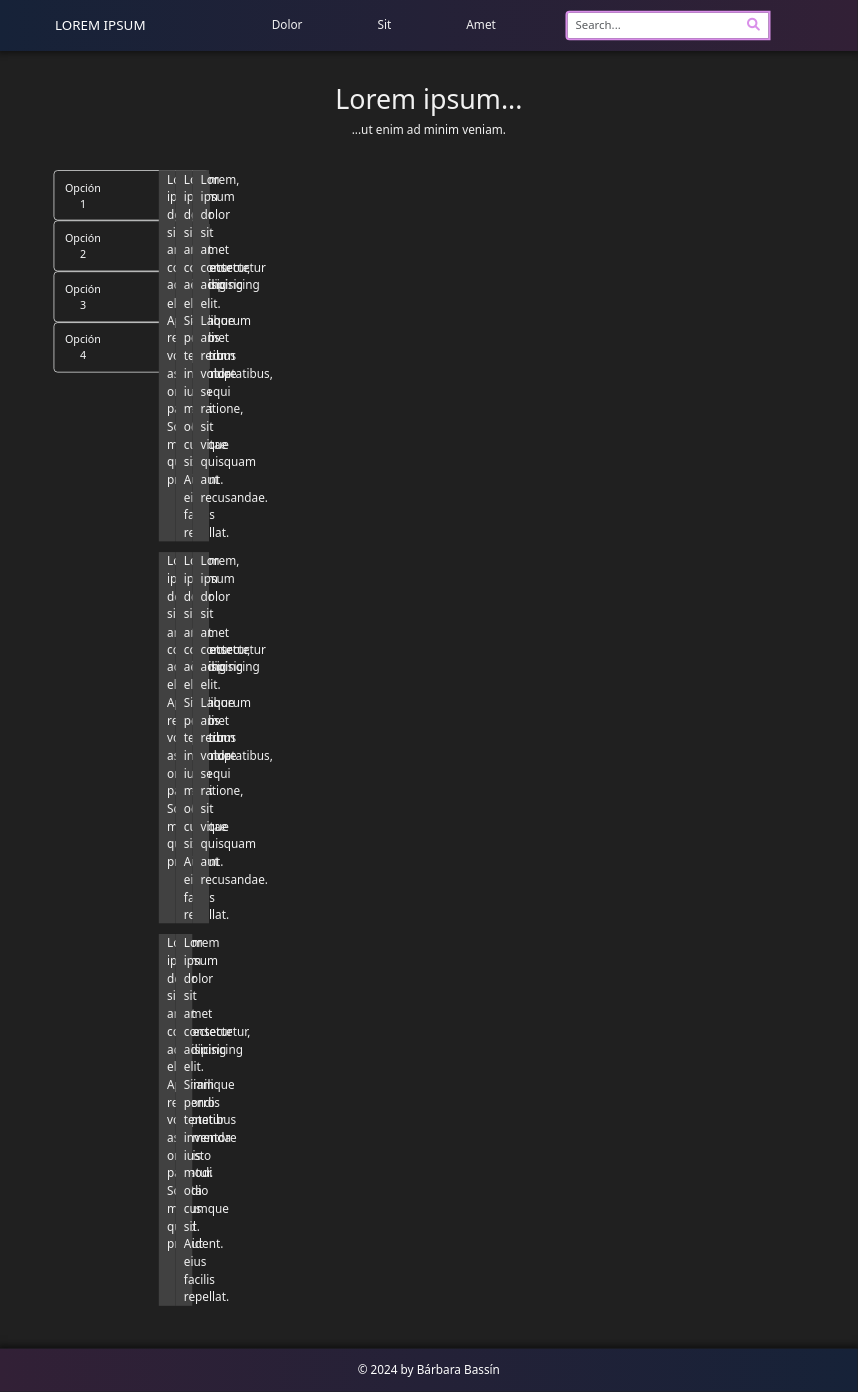
Repository: romancegirl/responsiveness
Page: index.html
An editor plug-in stored every save of this project. The page is shown before and after the next save, followed by the edit.
The browser window is 1280 px wide. The pictures show the whole page, at 67% of full size.

Above is the page before, as saved 2024-11-30 02:29:09.

### index.html
<!DOCTYPE html>
<html lang="en">

<head>
    <meta charset="UTF-8">
    <meta name="viewport" content="width=device-width, initial-scale=1.0">
    <title>Responsiveness - Bárbara Bassín</title>
    <link href="https://cdn.jsdelivr.net/npm/bootstrap@5.3.0/dist/css/bootstrap.min.css" rel="stylesheet">
    <link rel="stylesheet" href="https://cdnjs.cloudflare.com/ajax/libs/font-awesome/6.0.0-beta3/css/all.min.css">
    <link rel="stylesheet" href="css/header-and-footer.css">
    <link rel="stylesheet" href="css/styles.css">
</head>

<body>
    <!-- Header -->
    <header class="py-2">
        <div class="container d-flex align-items-center justify-content-between" id="profile">
            <h5 class="m-0">LOREM IPSUM</h5>
            <nav class="navbar navbar-expand-lg">
                <button class="navbar-toggler" type="button" data-bs-toggle="collapse" data-bs-target="#navbarNav"
                    aria-controls="navbarNav" aria-expanded="false" aria-label="Toggle navigation">
                    <i class="fas fa-bars"></i>
                </button>
                <div class="collapse navbar-collapse" id="navbarNav">
                    <ul class="navbar-nav">
                        <li class="nav-item"><a class="nav-link">Dolor</a></li>
                        <li class="nav-item"><a class="nav-link">Sit</a></li>
                        <li class="nav-item"><a class="nav-link">Amet</a></li>
                        <li class="nav-item dropdown d-lg-none">
                            <a class="nav-link dropdown-toggle" href="#" id="dropdownMenuButton" role="button"
                                data-bs-toggle="dropdown" aria-expanded="false">
                                Opciones
                            </a>
                            <ul class="dropdown-menu" aria-labelledby="dropdownMenuButton">
                                <li><button type="button" class="dropdown-item">Opción 1</button></li>
                                <li><button type="button" class="dropdown-item">Opción 2</button></li>
                                <li><button type="button" class="dropdown-item">Opción 3</button></li>
                                <li><button type="button" class="dropdown-item">Opción 4</button></li>
                            </ul>
                        </li>
                        <li class="nav-item order-first order-lg-last">
                            <div class="search-container">
                                <form action="/action_page.php">
                                    <div class="input-group">
                                        <input type="text" class="form-control" placeholder="Search..." name="search">
                                        <button type="submit" class="btn">
                                            <i class="fa fa-search"></i>
                                        </button>
                                    </div>
                                </form>
                            </div>
                        </li>
                    </ul>
                </div>
            </nav>
        </div>
    </header>



    <!-- Main -->
    <main class="containerMain my-5">
        <div>
            <h1>Lorem ipsum...</h1>
            <div id="textCarousel" class="carousel slide" data-bs-ride="carousel" data-bs-interval="2000">
                <div class="carousel-inner">
                    <div class="carousel-item active">
                        <p>...olor sit amet, consectetur adipiscing elit...</p>
                    </div>
                    <div class="carousel-item">
                        <p>...sed do eiusmod tempor incididunt ut labore...</p>
                    </div>
                    <div class="carousel-item">
                        <p>...ut enim ad minim veniam.</p>
                    </div>
                </div>
            </div>
        </div>


        <div class="containerMain inside">
            <div class="row">
                <div class="col-lg-2 d-none d-lg-block" id="options">
                    <ul>
                        <li><button type="button" class="btn btn-outline-light">Opción 1</button></li>
                        <li><button type="button" class="btn btn-outline-light">Opción 2</button></li>
                        <li><button type="button" class="btn btn-outline-light">Opción 3</button></li>
                        <li><button type="button" class="btn btn-outline-light">Opción 4</button></li>
                    </ul>
                </div>

                <div class="col-lg-1 d-none d-lg-block" id="emptiness">

                <div class="col-lg-8 col-md-12" id="paragraphs">
                    <div class="row">
                        <div class="col-6 col-md-4 paragraph">Lorem ipsum dolor sit amet consectetur adipisicing elit.
                            Aperiam reiciendis voluptatibus assumenda omnis pariatur. Soluta minus quod provident.
                        </div>
                        <div class="col-6 col-md-4 paragraph">Lorem ipsum dolor sit amet consectetur, adipisicing elit.
                            Similique porro
                            tenetur inventore iusto modi odio cumque sit. Aut eius facilis repellat.</div>
                        <div class="col-6 col-md-4 paragraph">Lorem, ipsum dolor sit amet consectetur adipisicing elit.
                            Laborum
                            amet rerum
                            voluptatibus, sequi ratione, sit vitae quisquam aut recusandae.</div>
                        <div class="col-6 col-md-4 paragraph">Lorem ipsum dolor sit amet consectetur adipisicing elit.
                            Aperiam
                            reiciendis
                            voluptatibus assumenda omnis pariatur. Soluta minus quod provident.</div>
                        <div class="col-6 col-md-4 paragraph">Lorem ipsum dolor sit amet consectetur, adipisicing elit.
                            Similique porro
                            tenetur inventore iusto modi odio cumque sit. Aut eius facilis repellat.</div>
                        <div class="col-6 col-md-4 paragraph">Lorem, ipsum dolor sit amet consectetur adipisicing elit.
                            Laborum
                            amet rerum
                            voluptatibus, sequi ratione, sit vitae quisquam aut recusandae.</div>
                        <div class="col-6 col-md-4 paragraph">Lorem ipsum dolor sit amet consectetur adipisicing elit.
                            Aperiam
                            reiciendis
                            voluptatibus assumenda omnis pariatur. Soluta minus quod provident.</div>
                        <div class="col-6 col-md-4 paragraph">Lorem ipsum dolor sit amet consectetur, adipisicing elit.
                            Similique porro
                            tenetur inventore iusto modi odio cumque sit. Aut eius facilis repellat.</div>
                    </div>
                </div>
            </div>
        </div>
    </main>

    <!-- Footer -->
    <footer class="bg-dark text-center py-2">
        <div>&copy; 2024 by Bárbara Bassín</div>
    </footer>
    <script src="js/script.js"></script>
    <script src="https://cdn.jsdelivr.net/npm/bootstrap@5.3.0/dist/js/bootstrap.bundle.min.js"></script>
</body>

</html>

### css/header-and-footer.css
header {
    background: linear-gradient(to right, #162238, #322036);
    color: #fff;
    position: relative;
    box-shadow: 0 0 10px 5px rgba(0, 0, 0, 0.5);
}

main {
    min-height: 70vh;
    padding-bottom: 1rem;
    box-sizing: border-box;
}

a.nav-link {
    color: #f1f1f1;
}

a.nav-link:hover {
    color: #f6c7de;
    transition: color 0.3s, text-shadow 0.3s;
    transform: scale(1.05);
}

.search-container {
    display: flex;
    justify-content: center;
    align-items: center;
    position: relative;
}

.input-group .form-control {
    padding-right: 2.5rem;
    font-size: 17px;
    border: 0.2rem solid #d98fe9;
}

.input-group .btn {
    position: absolute;
    right: 1rem;
    top: 50%;
    transform: translateY(-50%);
    background-color: transparent;
    border: none;
    padding: 0;
    cursor: pointer;
}

.input-group .btn .fa-search {
    color: #d98fe9;
    font-size: 1.2rem;
}

.navbar-nav .nav-item {
    margin: 0 3rem 0 3rem;
}


/* navbar-toggle */

.navbar-toggler {
    border-color: #fff;
}

.navbar-toggler .fas {
    color: #fff;
    /* Cambia el color del ícono */
}

.navbar-collapse {
    justify-content: flex-end;
}

.navbar-toggler:hover {
    cursor: pointer;
}

.navbar-toggler:focus {
    outline: none;
    box-shadow: none;
}

@media (max-width: 995px) {

    .nav-item.dropdown::marker {
        content: none;
    }


    .navbar-collapse {
        display: none;
        position: absolute;
        top: 119%;
        left: -190px;
        width: 100%;
        z-index: 999;
        flex-direction: column-reverse;
        align-items: center;
    }

    .navbar-collapse.show {
        display: flex;
    }

    .navbar {
        width: 60%;
    }

    .navbar-nav {
        background: linear-gradient(to right, #162238fd, #322036fd);
        color: #fff;
        padding: 1.5rem;
        border-radius: 0 0 50px 50px;
        font-weight: bold;
        text-align: center;
        box-shadow: 0 0 10px 5px rgba(0, 0, 0, 0.5);

    }

    .navbar-nav:hover {
        cursor: pointer;

    }

    a.nav-link:hover {
        color: #f6c7de;
        transition: color 0.3s, text-shadow 0.3s;
        transform: scale(1.05);
    }

    .navbar-nav .nav-item {
        margin: 10px 0;
    }

    .navbar a {
        float: none;
        display: block;
        text-align: center;
        width: 100%;
        margin: 0;
        padding: 0.5rem;
    }

    .navbar .search-container {
        float: none;
    }

    .navbar .search-container button {
        align-items: right;
    }

    .navbar input[type=text] {
        border-radius: 0.2rem;
        border: 0.2rem solid #d98fe9;
    }

}


@media (max-width: 768px) {

    .navbar-collapse {
        display: none;
        position: absolute;
        top: 119%;
        left: -140px;
        width: 100%;
        z-index: 999;
        flex-direction: column-reverse;
        align-items: center;
    }

    .btn-outline-light {
        width: 100%;

    }
}


footer {
    background: linear-gradient(to right, #322036, #162238);
    color: #fff;
    bottom: 0;
    min-height: 4rem;
    display: flex;
    justify-content: center;
    align-items: center;
    box-shadow: 0 0 10px 5px rgba(0, 0, 0, 0.5);
}

### css/styles.css
body {
    background-color: #202020;
    color: #f1f1f1;
    font-size: 110%;
}


h1 {
    text-align: center;
}


h5 {
    margin: 0;
}

.containerMain {
    padding: 0;
    margin: 0 1.5rem 0 1.5rem;
}

/* General */

#textCarousel {
    width: 40rem;
    margin: auto;
}

p {
    text-align: center;
}

.row {
    text-align: justify;
}

.paragraph {
margin-bottom: 1rem;
background-color: #414141;
}

.inside {
    margin-top: 2rem;
}

.btn-outline-light {
    padding: 0.8rem 10rem 0.8rem 1rem;
}

li {
    list-style: none;
}


/* Responsiveness */


@media screen and (max-width: 1400px) {

    .title-large,
    .title-x-small {
        display: none;
    }

    .title-small {
        display: block;
    }
}

@media screen and (max-width: 768px) {


    #textCarousel {
        max-width: 90%; /* Usa un tamaño relativo en lugar de fijo */
    }
}

### js/script.js
document.addEventListener('click', function(event) {
    var navbar = document.querySelector('.navbar-collapse');
    var toggler = document.querySelector('.navbar-toggler');

    // Si el menú está abierto y se hace clic fuera de él, lo cierra
    if (navbar.classList.contains('show') && !navbar.contains(event.target) && !toggler.contains(event.target)) {
        var bsCollapse = new bootstrap.Collapse(navbar, {
            toggle: false
        });
        bsCollapse.hide();
    }
});

After the next save:
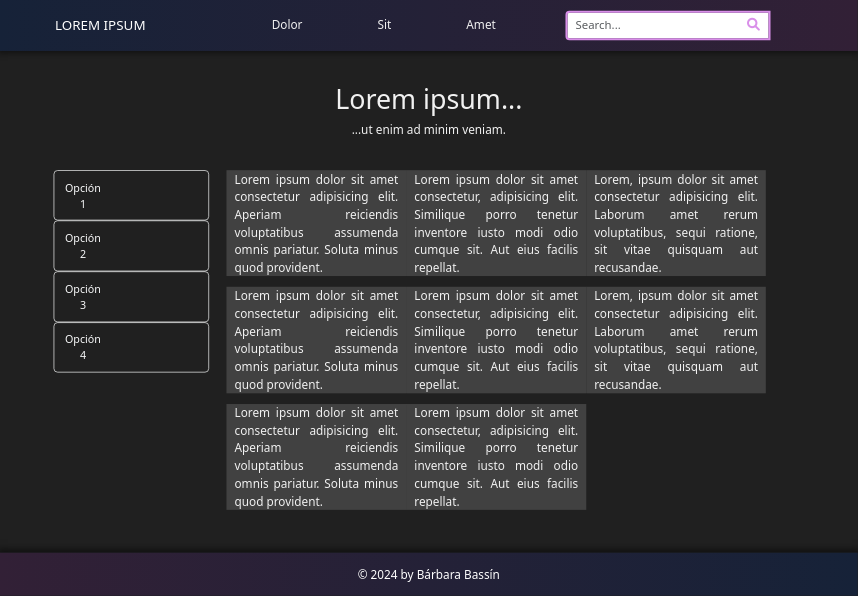
Saved 16 s later.
--- a/index.html
+++ b/index.html
@@ -89,7 +89,7 @@
                     </ul>
                 </div>
 
-                <div class="col-lg-1 d-none d-lg-block" id="emptiness">
+                <div class="col-lg-1 d-none d-lg-block" id="emptiness"></div>
 
                 <div class="col-lg-8 col-md-12" id="paragraphs">
                     <div class="row">
